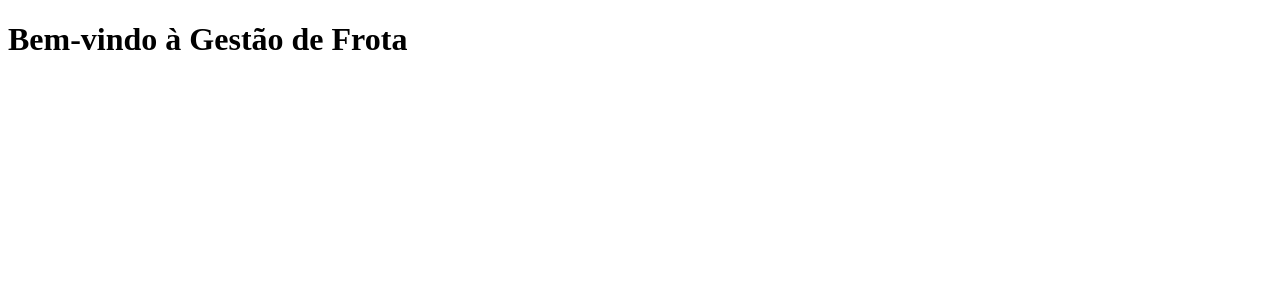
Repository: feliperanon/gestao-de-frota
Page: http://localhost/
The author's editor kept a copy of each file at every save. The page is drawn from the files as they stood at one save, then again after the next save.
The browser window is 1280 px wide. The pictures show the whole page.
The page is served by the project's application, run on Flask 3 (app/__init__.py). Queries for data that is not in the repository find no rows.

Above is the page before, as saved 2024-06-16 18:41:45.

After the next save:
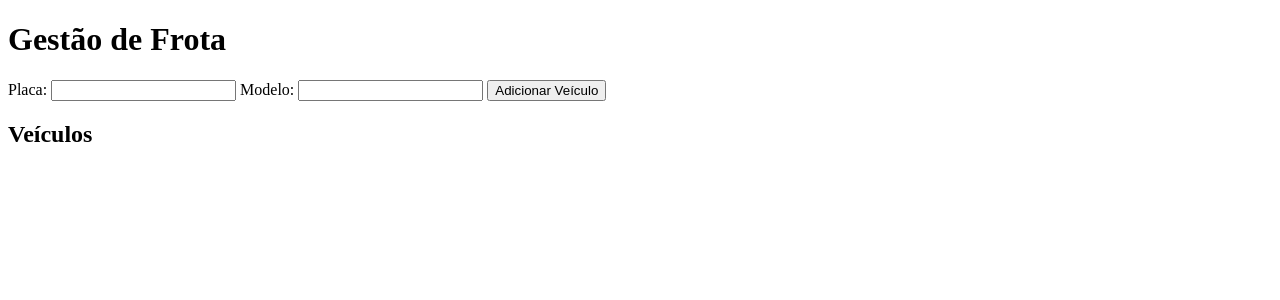
Saved 4 s later.
--- a/app/templates/index.html
+++ b/app/templates/index.html
@@ -4,6 +4,19 @@
     <title>Gestão de Frota</title>
 </head>
 <body>
-    <h1>Bem-vindo à Gestão de Frota</h1>
+    <h1>Gestão de Frota</h1>
+    <form action="/add" method="post">
+        <label for="license_plate">Placa:</label>
+        <input type="text" id="license_plate" name="license_plate" required>
+        <label for="model">Modelo:</label>
+        <input type="text" id="model" name="model" required>
+        <button type="submit">Adicionar Veículo</button>
+    </form>
+    <h2>Veículos</h2>
+    <ul>
+        {% for vehicle in vehicles %}
+            <li>{{ vehicle.license_plate }} - {{ vehicle.model }}</li>
+        {% endfor %}
+    </ul>
 </body>
 </html>
